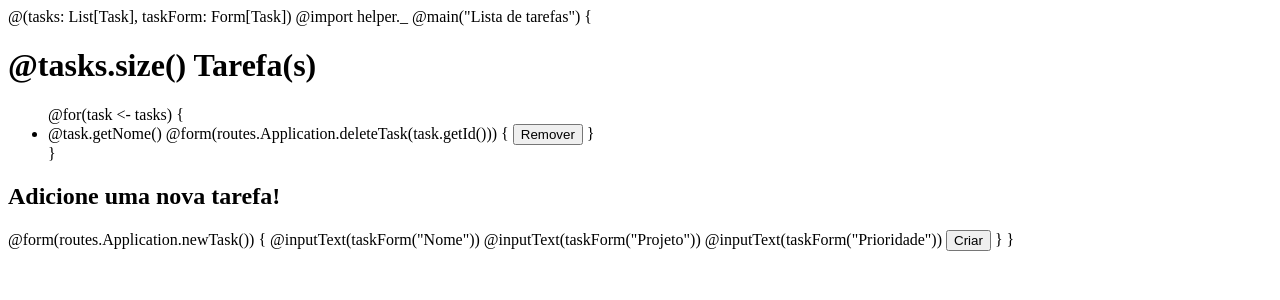
Repository: lcavalcante/si1
Page: lab2/.target/views/index.scala.html
The author's editor kept a copy of each file at every save. The page is drawn from the files as they stood at one save, then again after the next save.
The browser window is 1280 px wide. The pictures show the whole page.

Above is the page before, as saved 2013-11-26 23:57:32.

After the next save:
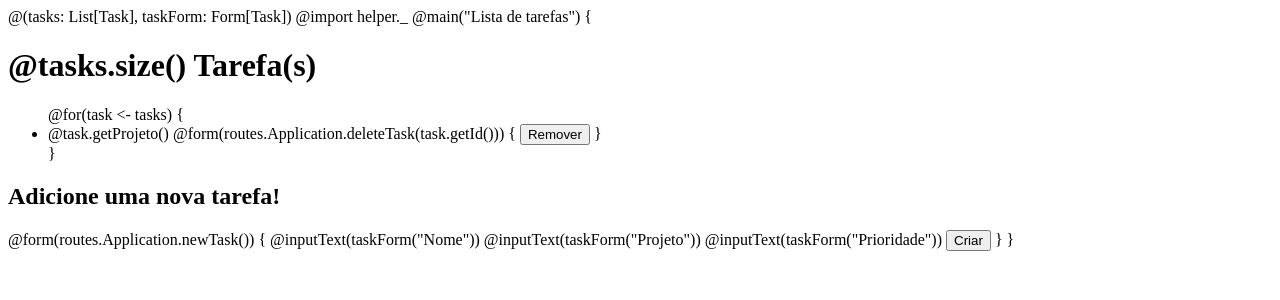
Saved 63 s later.
--- a/lab2/.target/views/index.scala.html
+++ b/lab2/.target/views/index.scala.html
@@ -9,7 +9,7 @@
     <ul>
         @for(task <- tasks) {
             <li>
-                @task.getNome()
+                @task.getProjeto()
 
                 @form(routes.Application.deleteTask(task.getId())) {
                     <input type="submit" value="Remover">
